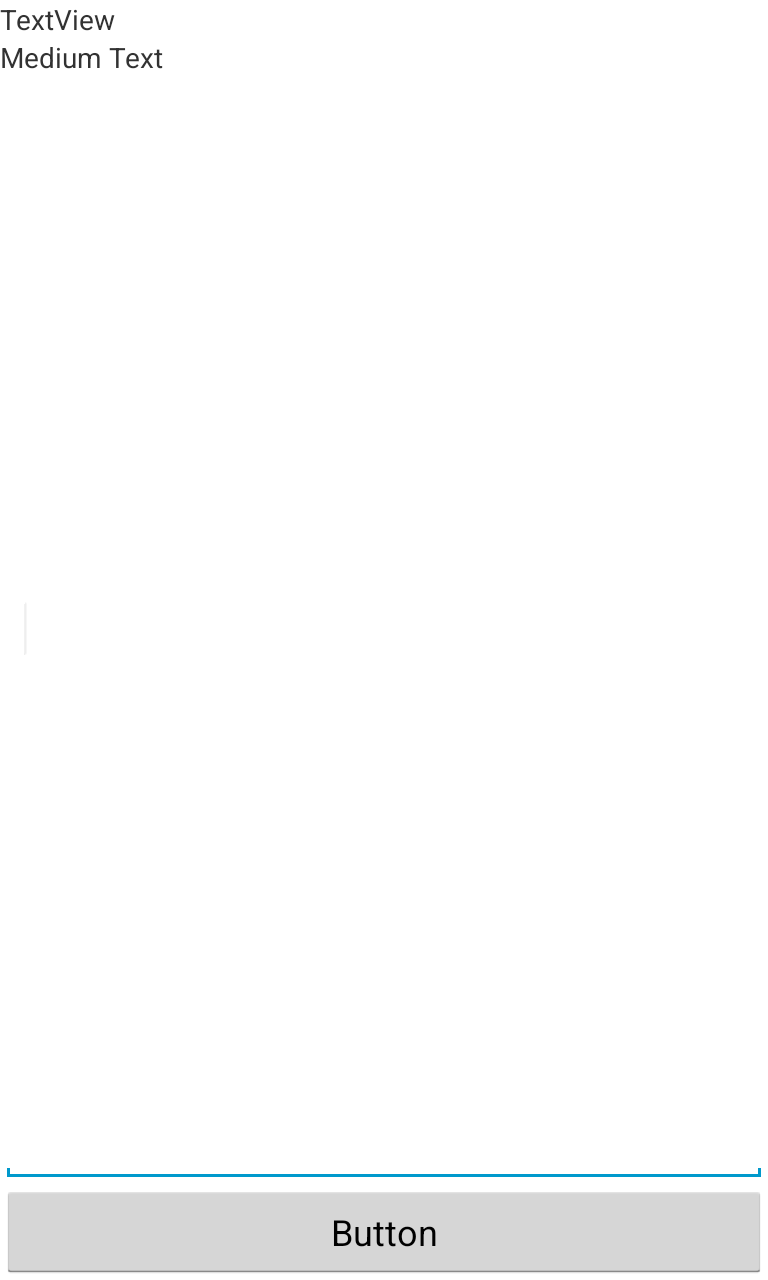
Repository: ya-ivanov/Android-Projects
Layout: Android Projects (OLD)/Simple Caller/SimpleCaller/res/layout/activity_sms.xml
An editor plug-in stored every save of this project. The layout is shown before and after the next save, followed by the edit.
It is drawn on a 768 x 1280 px phone screen (xhdpi) without system bars, with theme AppTheme; the app's code is not run.

Above is the layout before, as saved 2013-05-30 19:07:32.

After the next save:
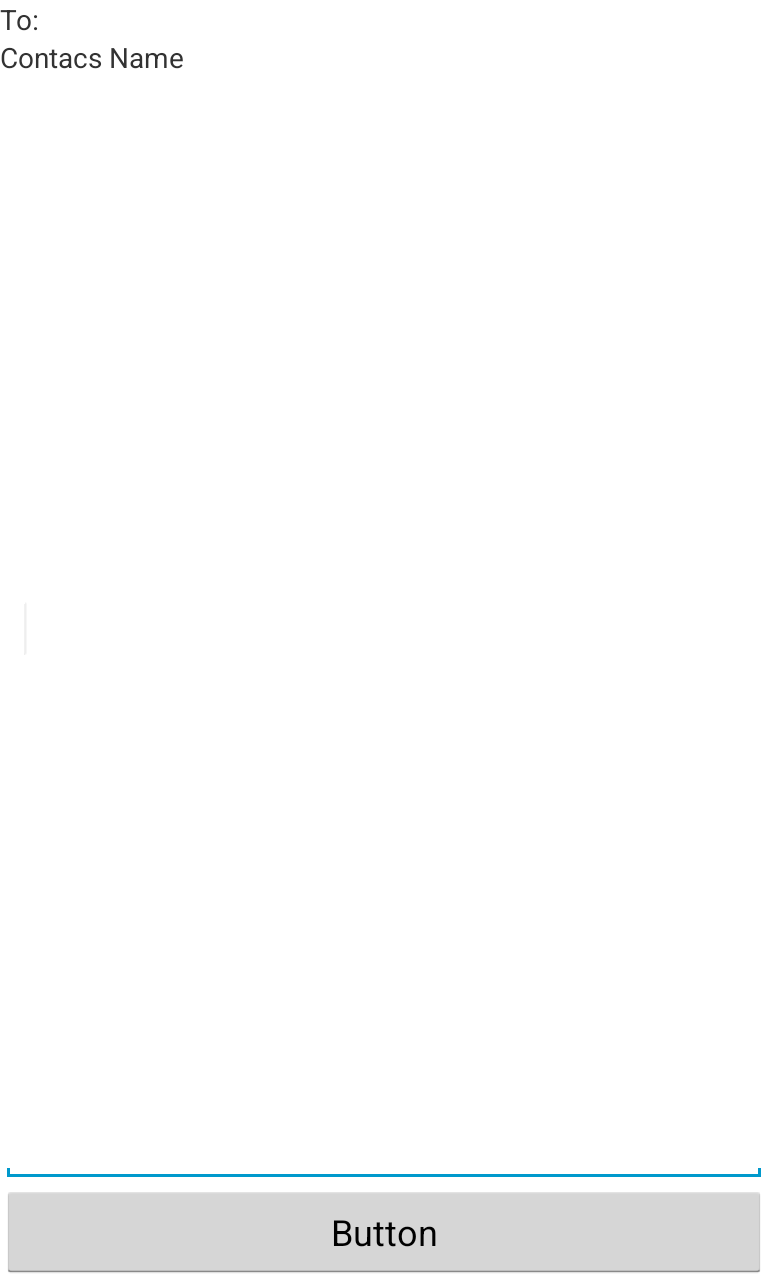
Saved 25 s later.
--- a/Android Projects (OLD)/Simple Caller/SimpleCaller/res/layout/activity_sms.xml
+++ b/Android Projects (OLD)/Simple Caller/SimpleCaller/res/layout/activity_sms.xml
@@ -8,13 +8,13 @@
         android:id="@+id/textView2"
         android:layout_width="wrap_content"
         android:layout_height="wrap_content"
-        android:text="TextView" />
+        android:text="To: " />
 
     <TextView
-        android:id="@+id/textView1"
+        android:id="@+id/contsctName"
         android:layout_width="wrap_content"
         android:layout_height="wrap_content"
-        android:text="Medium Text"/>
+        android:text="Contacs Name"/>
 
 
     <EditText
